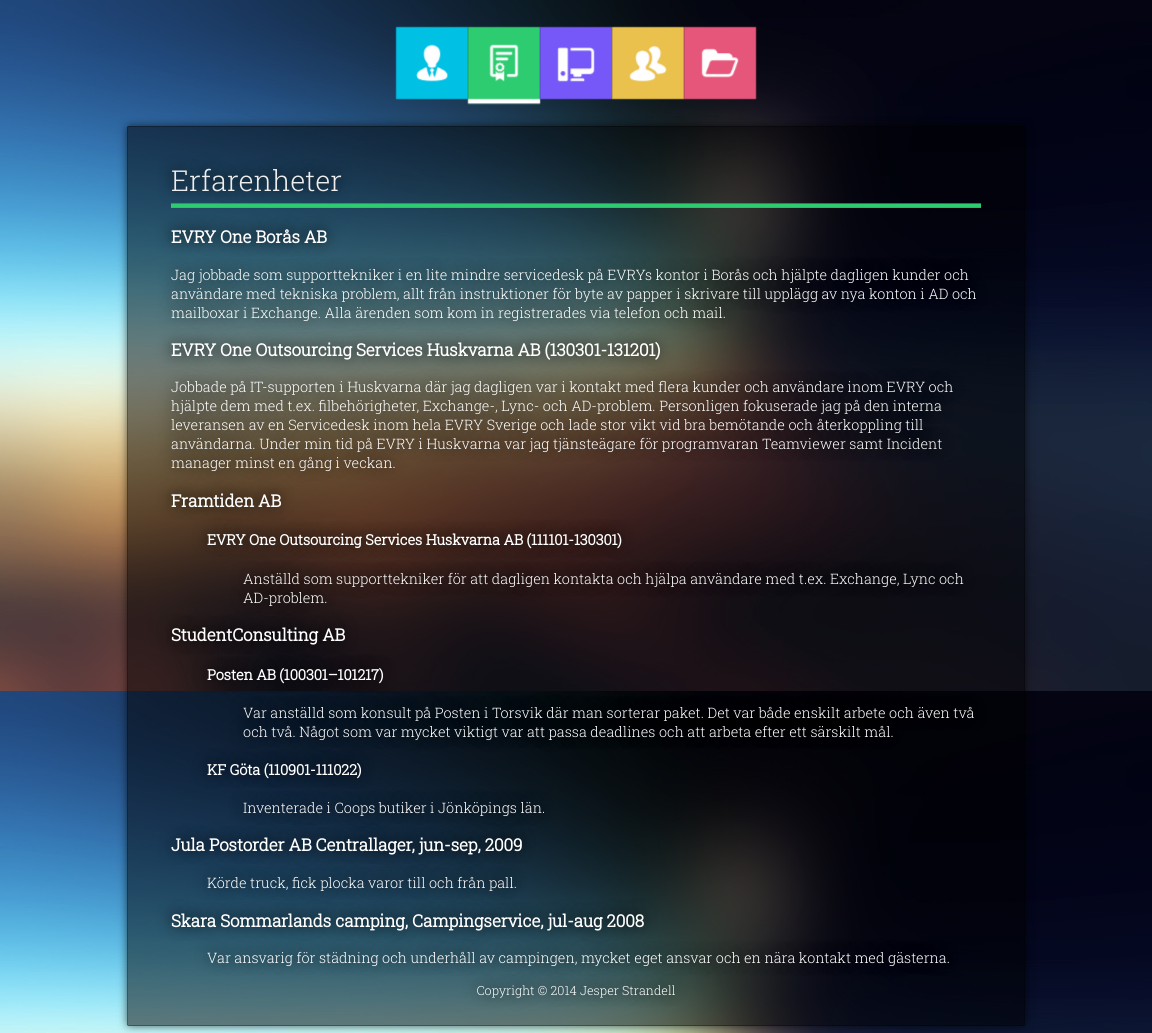
Repository: ja222vv/minipage
Page: pages/experience.html
The author's editor kept a record of every edit. The page is drawn from the files as they stood at one moment, then again after the next edit.
The browser window is 1280 px wide. The pictures show the whole page, at 90% of full size.
Backgrounds fixed to the window are drawn as part of the page.

Above is the page before.
Not found: pages/scripts/script.js

After the next edit:
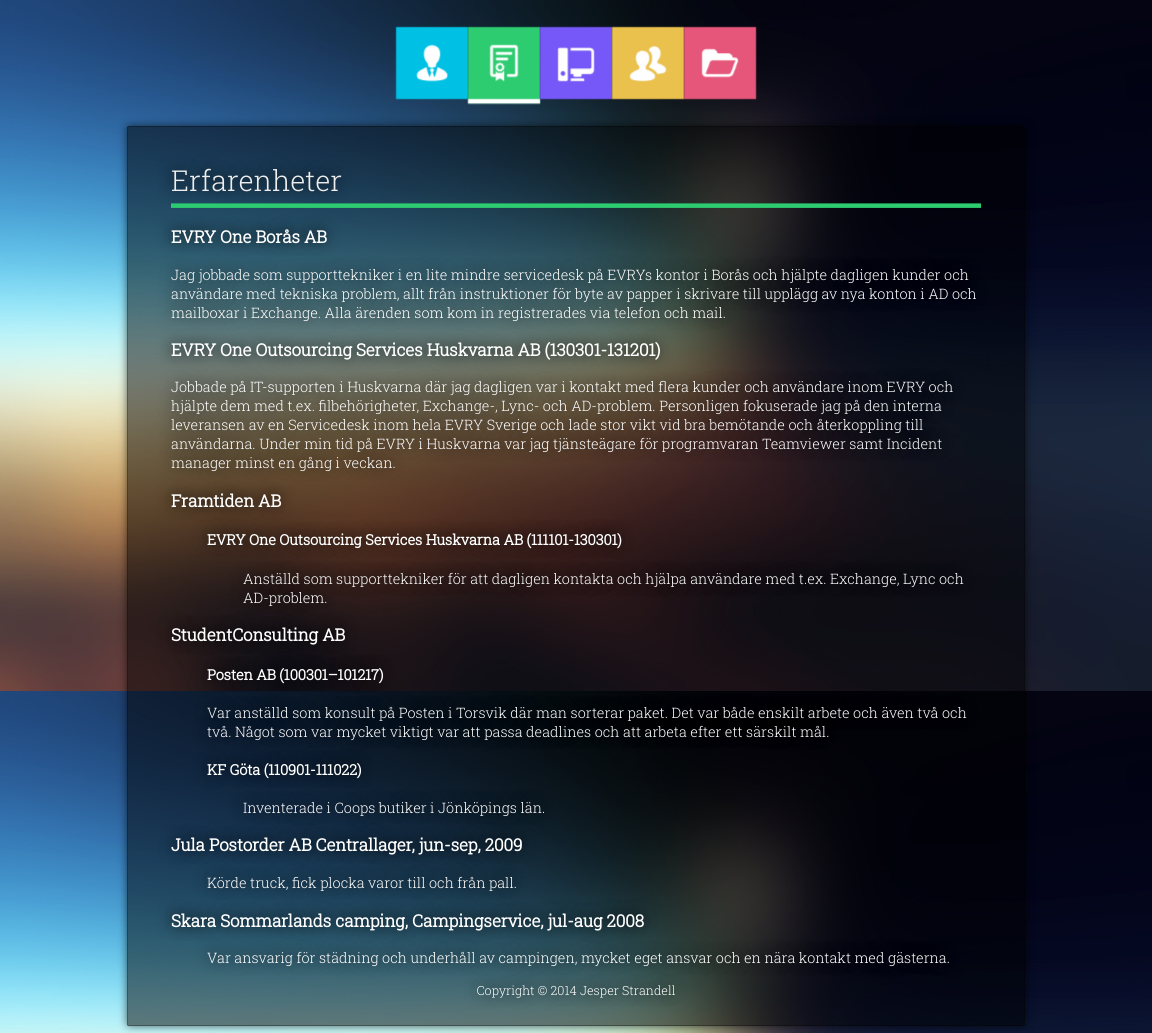
The edit:
--- a/pages/experience.html
+++ b/pages/experience.html
@@ -62,9 +62,7 @@
                 <h3>StudentConsulting AB</h3>
                 <ul class="nostyle">
                     <h4>Posten AB (100301–101217)</h4>
-                        <ul class="nostyle">
                             Var anställd som konsult på Posten i Torsvik där man sorterar paket. Det var både enskilt arbete och även två och två. Något som var mycket viktigt var att passa deadlines och att arbeta efter ett särskilt mål.
-                        </ul>
                     <h4>KF Göta (110901-111022)</h4>
                         <ul class="nostyle">
                             Inventerade i Coops butiker i Jönköpings län.
